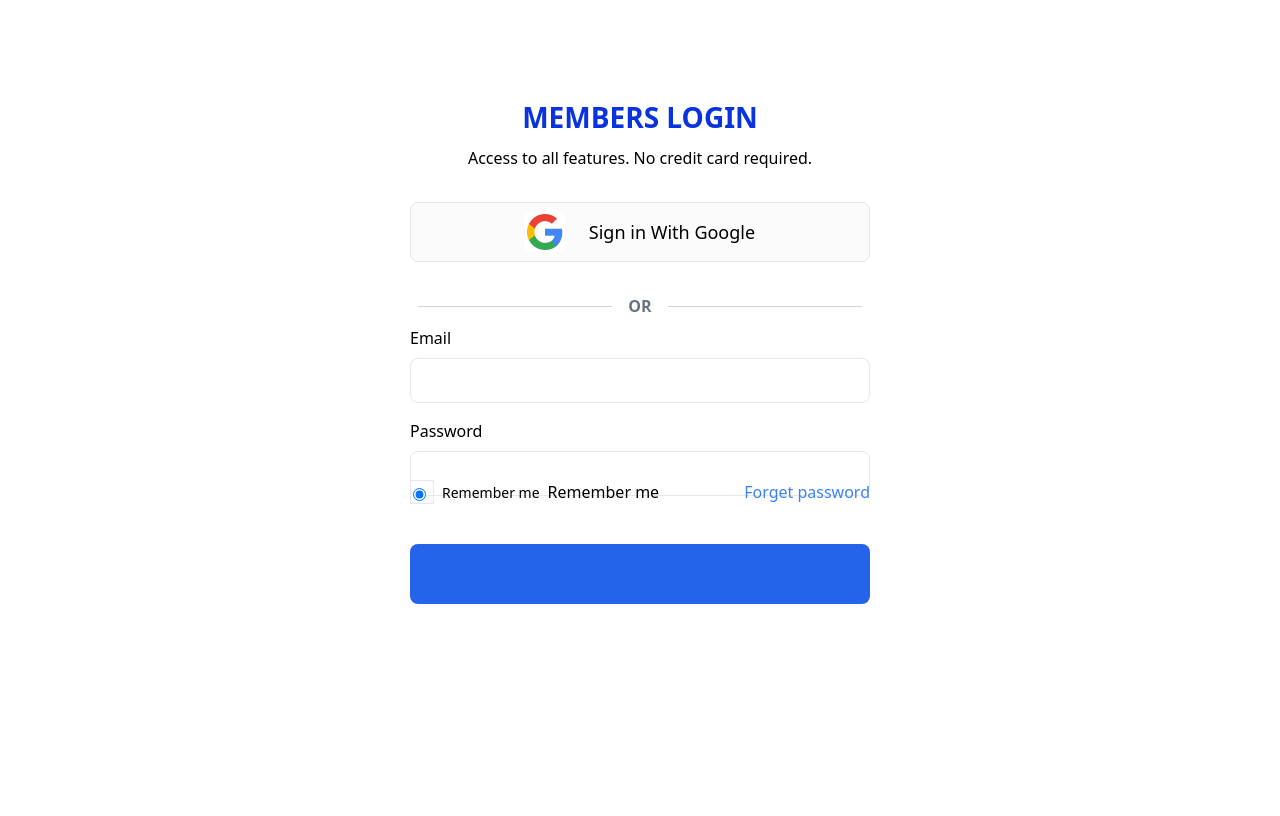
Repository: MaramMaryam/login
Page: login.html
An editor plug-in stored every save of this project. The page is shown before and after the next save, followed by the edit.
The browser window is 1280 px wide. The pictures show the whole page.
Some web libraries are served in a nearby version.

Above is the page before, as saved 2023-06-29 11:55:07.

After the next save:
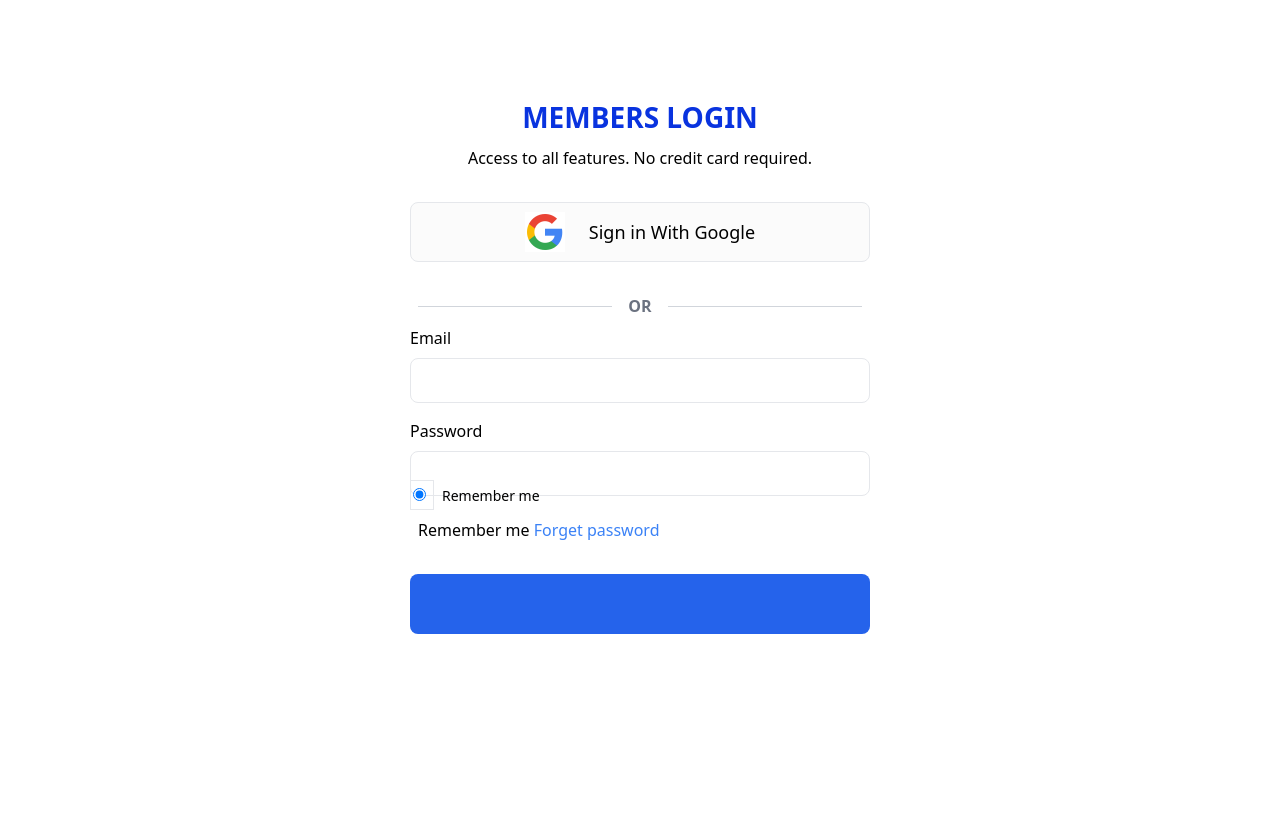
Saved 13 s later.
--- a/login.html
+++ b/login.html
@@ -64,8 +64,7 @@
                     <div class="flex items-center">
                         <div
 
-                            class="cursor-pointer outline-none w-[24px] h-[24px] border border-alto-main p-[2px] ${
-                                shape === "square" ? "rounded-[8px]" : "rounded-[100%]"
+                            class="cursor-pointer outline-none w-[24px] h-[24px] border border-alto-main p-[2px]
 
                         >
                             <div

After the 2 saves that followed:
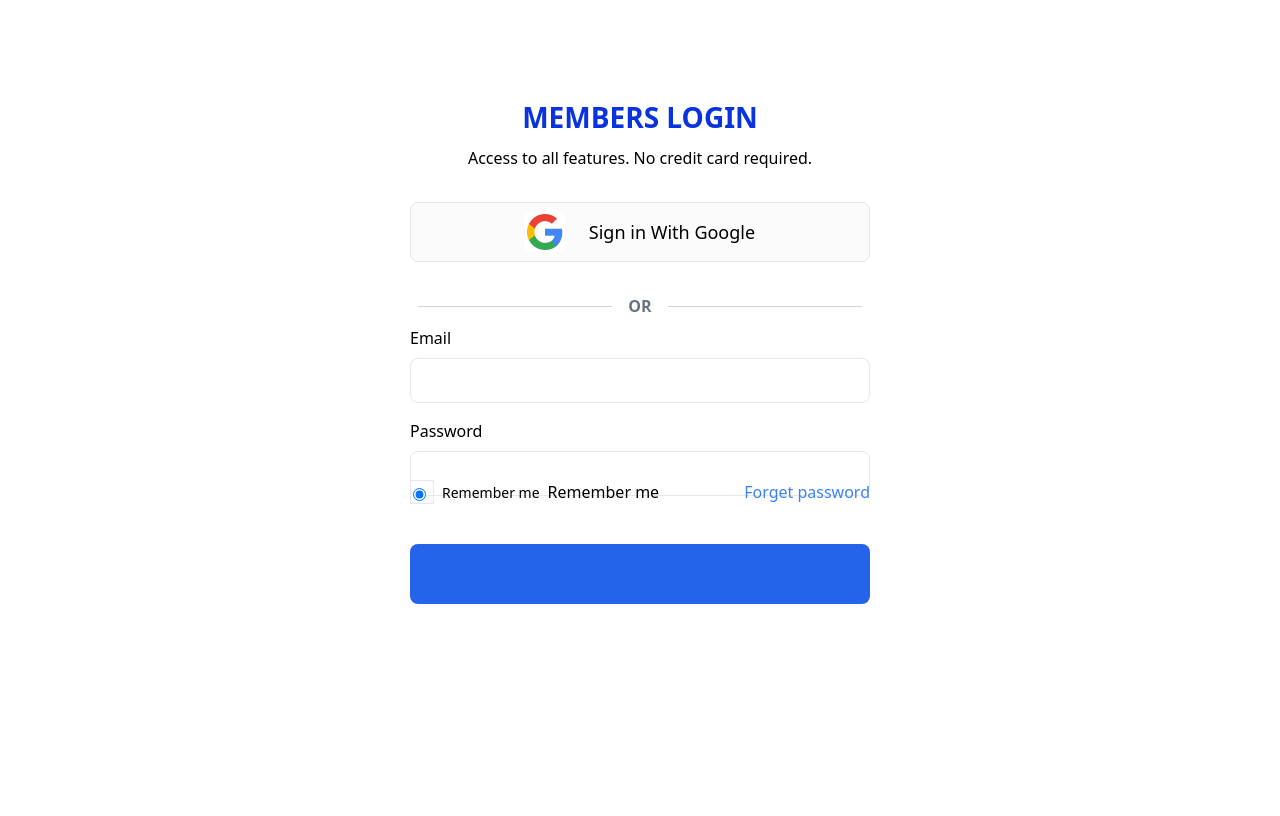
The 2 saves are shown as one change because they came seconds apart.
The last was saved 5 s later.
--- a/login.html
+++ b/login.html
@@ -64,8 +64,7 @@
                     <div class="flex items-center">
                         <div
 
-                            class="cursor-pointer outline-none w-[24px] h-[24px] border border-alto-main p-[2px]
-
+                            class="cursor-pointer outline-none w-[24px] h-[24px] border border-alto-main p-[2px] ""
                         >
                             <div
                                 className={`w-full h-full ${
